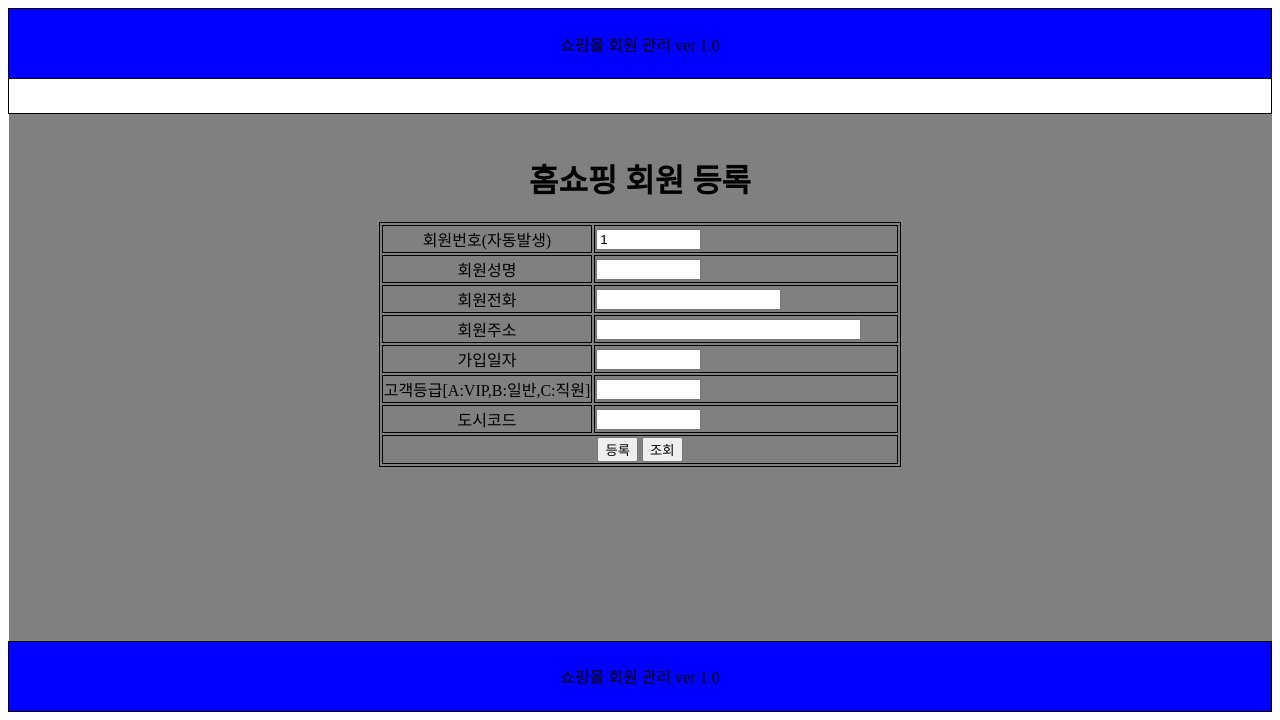
Repository: choigobin/Programming
Page: http://localhost/HRD1118/insert.jsp
An editor plug-in stored every save of this project. The page is shown before and after the next save, followed by the edit.
The browser window is 1280 px wide. The pictures show the whole page.
The page is served by Tomcat 9. Queries for data that is not in the repository find no rows.

Above is the page before, as saved 2019-11-18 02:40:48.

After the next save:
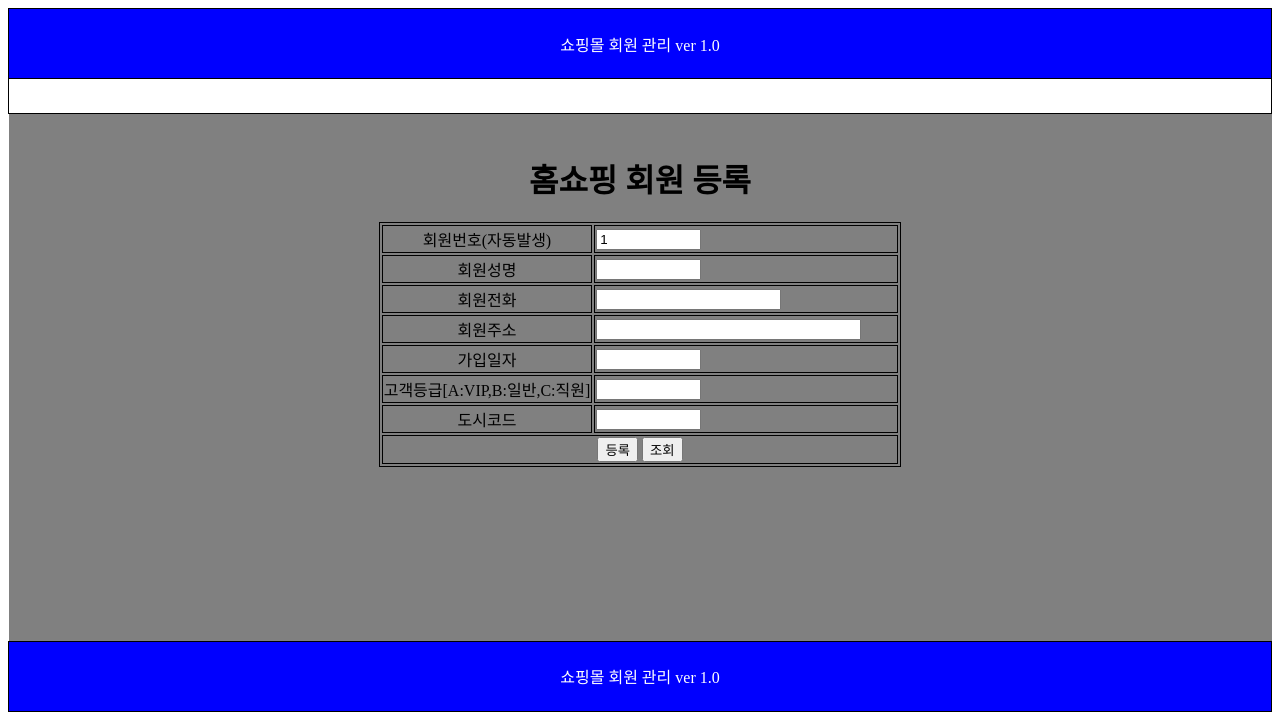
Saved 35 s later.
--- a/YangJung/workspace/HRD1118/WebContent/header.jsp
+++ b/YangJung/workspace/HRD1118/WebContent/header.jsp
@@ -2,6 +2,6 @@
     pageEncoding="UTF-8"%>
 <tr height="10%">
 <td bgcolor="blue" align="center">
-<span>쇼핑몰 회원 관리 ver 1.0</span>
+<span style="color: white; size: 20px">쇼핑몰 회원 관리 ver 1.0</span>
 </td>
 </tr>
--- a/YangJung/workspace/HRD1118/WebContent/footer.jsp
+++ b/YangJung/workspace/HRD1118/WebContent/footer.jsp
@@ -2,6 +2,6 @@
     pageEncoding="UTF-8"%>
 <tr height="10%">
 <td bgcolor="blue" align="center">
-<span>쇼핑몰 회원 관리 ver 1.0</span>
+<span style="color: white; size: 20px">쇼핑몰 회원 관리 ver 1.0</span>
 </td>
 </tr>
